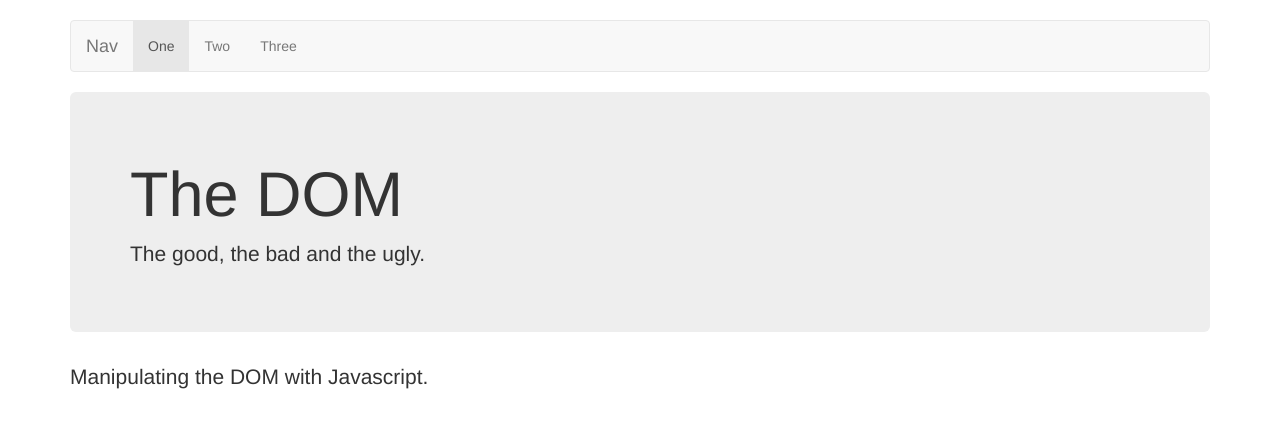
Repository: SOliv1/manipulating-the-dom
Page: index.html
The author's editor kept a record of every edit. The page is drawn from the files as they stood at one moment, then again after the next edit.
The browser window is 1280 px wide. The pictures show the whole page.

Above is the page before.
Not found: js/js.script

After the next edit:
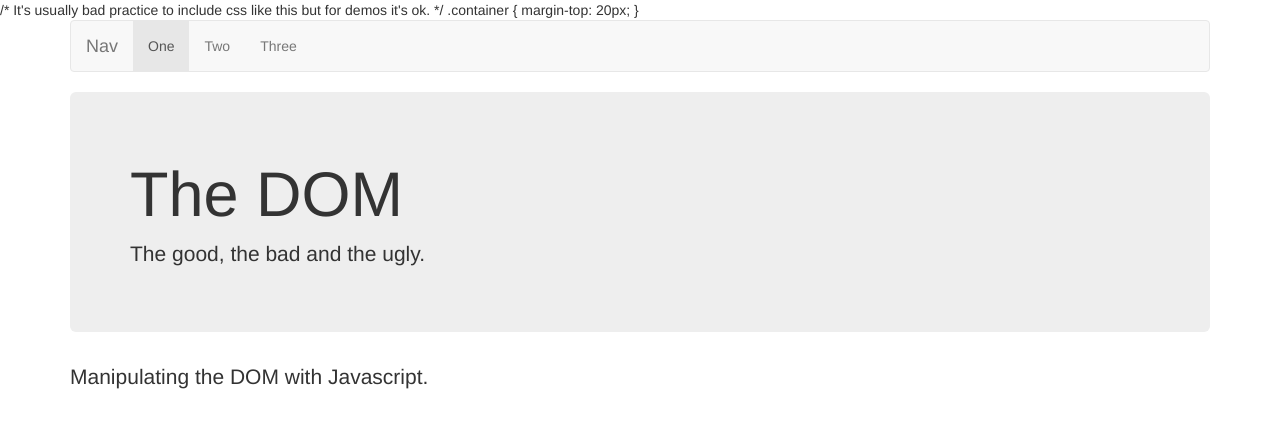
The edit:
--- a/index.html
+++ b/index.html
@@ -5,8 +5,6 @@
     <meta http-equiv="X-UA-Compatible" content="IE=edge">
     <meta name="viewport" content="width=device-width, initial-scale=1">
     <link rel="stylesheet" href="https://maxcdn.bootstrapcdn.com/bootstrap/3.3.7/css/bootstrap.min.css" integrity="sha384-BVYiiSIFeK1dGmJRAkycuHAHRg32OmUcww7on3RYdg4Va+PmSTsz/K68vbdEjh4u" crossorigin="anonymous">
-
-    <style type="text/css">
         /* It's usually bad practice to include css like this but for demos it's ok. */
         .container {
             margin-top: 20px;

After the edit that followed:
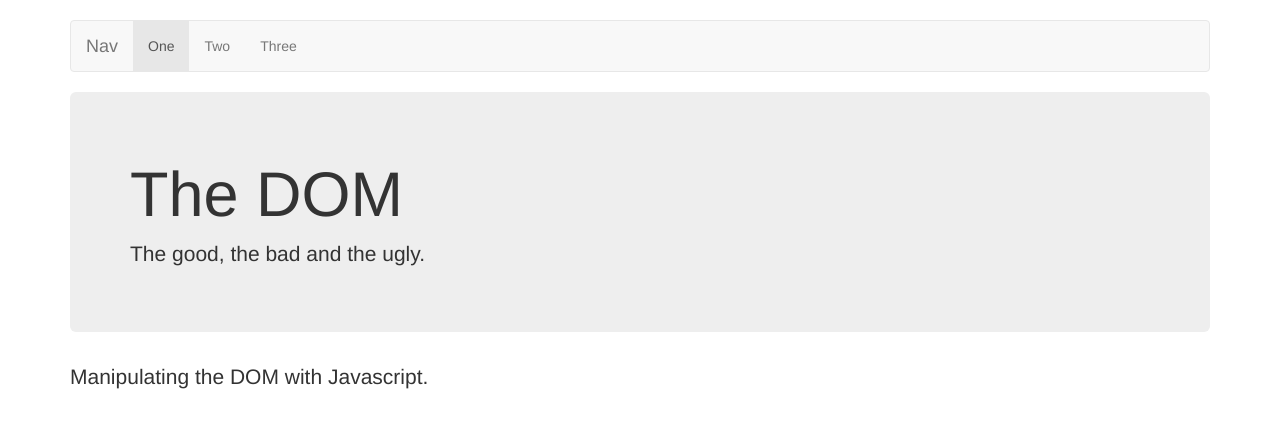
The edit:
--- a/index.html
+++ b/index.html
@@ -5,10 +5,18 @@
     <meta http-equiv="X-UA-Compatible" content="IE=edge">
     <meta name="viewport" content="width=device-width, initial-scale=1">
     <link rel="stylesheet" href="https://maxcdn.bootstrapcdn.com/bootstrap/3.3.7/css/bootstrap.min.css" integrity="sha384-BVYiiSIFeK1dGmJRAkycuHAHRg32OmUcww7on3RYdg4Va+PmSTsz/K68vbdEjh4u" crossorigin="anonymous">
+         <style type="text/css">
+
+
+
         /* It's usually bad practice to include css like this but for demos it's ok. */
         .container {
             margin-top: 20px;
         }
+
+
+
+    </style>
     </style>
 </head>
 
